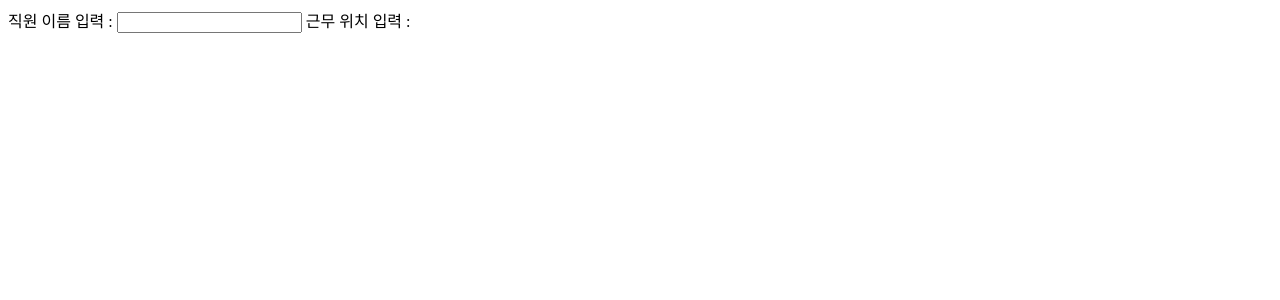
Repository: JUNGJAYOUNG/database_web
Page: http://localhost/day1112/empTest.jsp
The author's editor kept a copy of each file at every save. The page is drawn from the files as they stood at one save, then again after the next save.
The browser window is 1280 px wide. The pictures show the whole page.
The page is served by Tomcat 9. Other server files are loaded and not shown.

Above is the page before, as saved 2021-11-12 08:25:43.

### day1112/src/main/webapp/empTest.jsp
<%@ page language="java" contentType="text/html; charset=EUC-KR"
    pageEncoding="EUC-KR"%>
<!DOCTYPE html>
<html>
<head>
<meta charset="EUC-KR">
<title>Insert title here</title>
</head>
<body>
	<from action="empTest.jsp" method = "post">
	직원 이름 입력 : <input type="text" name="ename">
	근무 위치 입력 :
	</from>

</body>
</html>

After the next save:
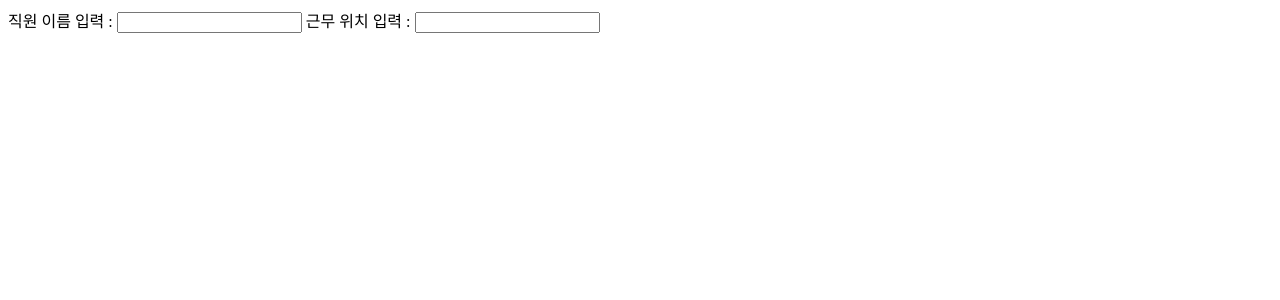
Saved 14 s later.
--- a/day1112/src/main/webapp/empTest.jsp
+++ b/day1112/src/main/webapp/empTest.jsp
@@ -9,7 +9,7 @@
 <body>
 	<from action="empTest.jsp" method = "post">
 	직원 이름 입력 : <input type="text" name="ename">
-	근무 위치 입력 :
+	근무 위치 입력 : <input type="text" name="dloc">
 	</from>
 
 </body>
